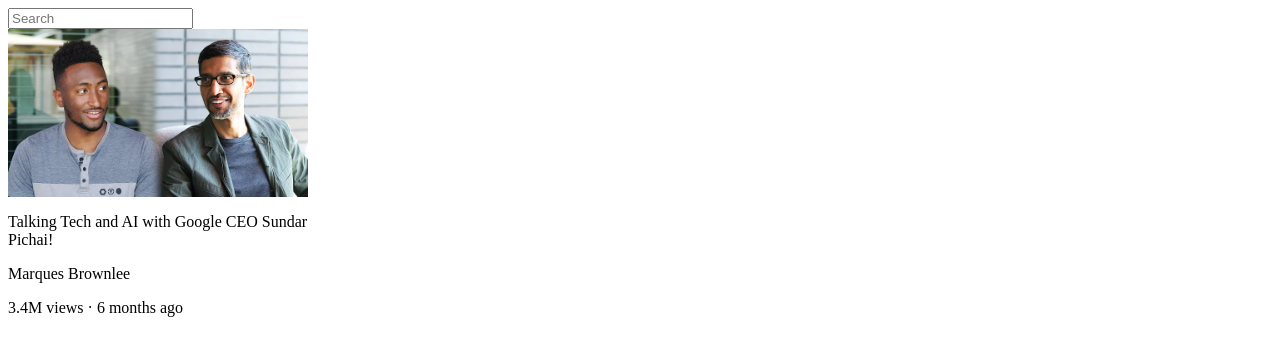
Repository: knowledgeAlan/html-css-nine
Page: youtube.html
The author's editor kept a copy of each file at every save. The page is drawn from the files as they stood at one save, then again after the next save.
The browser window is 1280 px wide. The pictures show the whole page.

Above is the page before, as saved 2024-03-06 18:20:21.

After the next save:
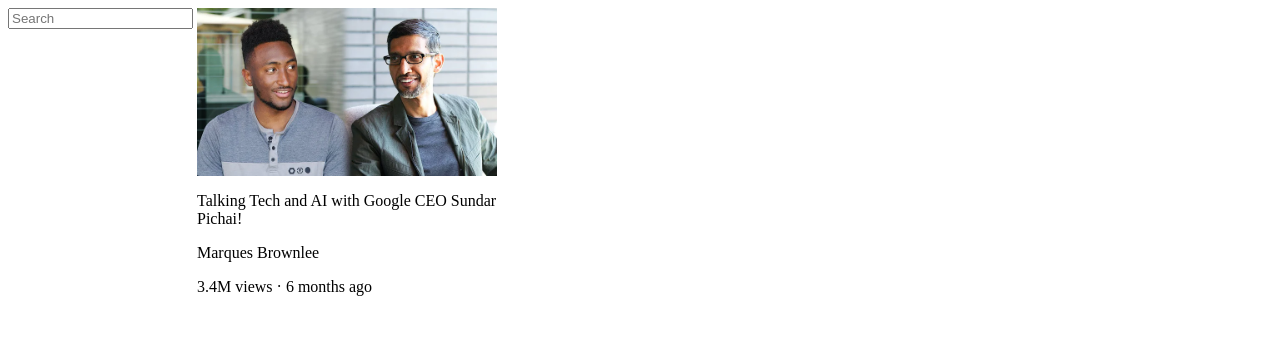
Saved 33 s later.
--- a/youtube.html
+++ b/youtube.html
@@ -17,6 +17,12 @@
             width: 300px;
         }
 
+        .video-preview {
+
+            width: 300px;
+            display: inline-block;
+            vertical-align: top;
+        }
     </style>
 
     <body>
